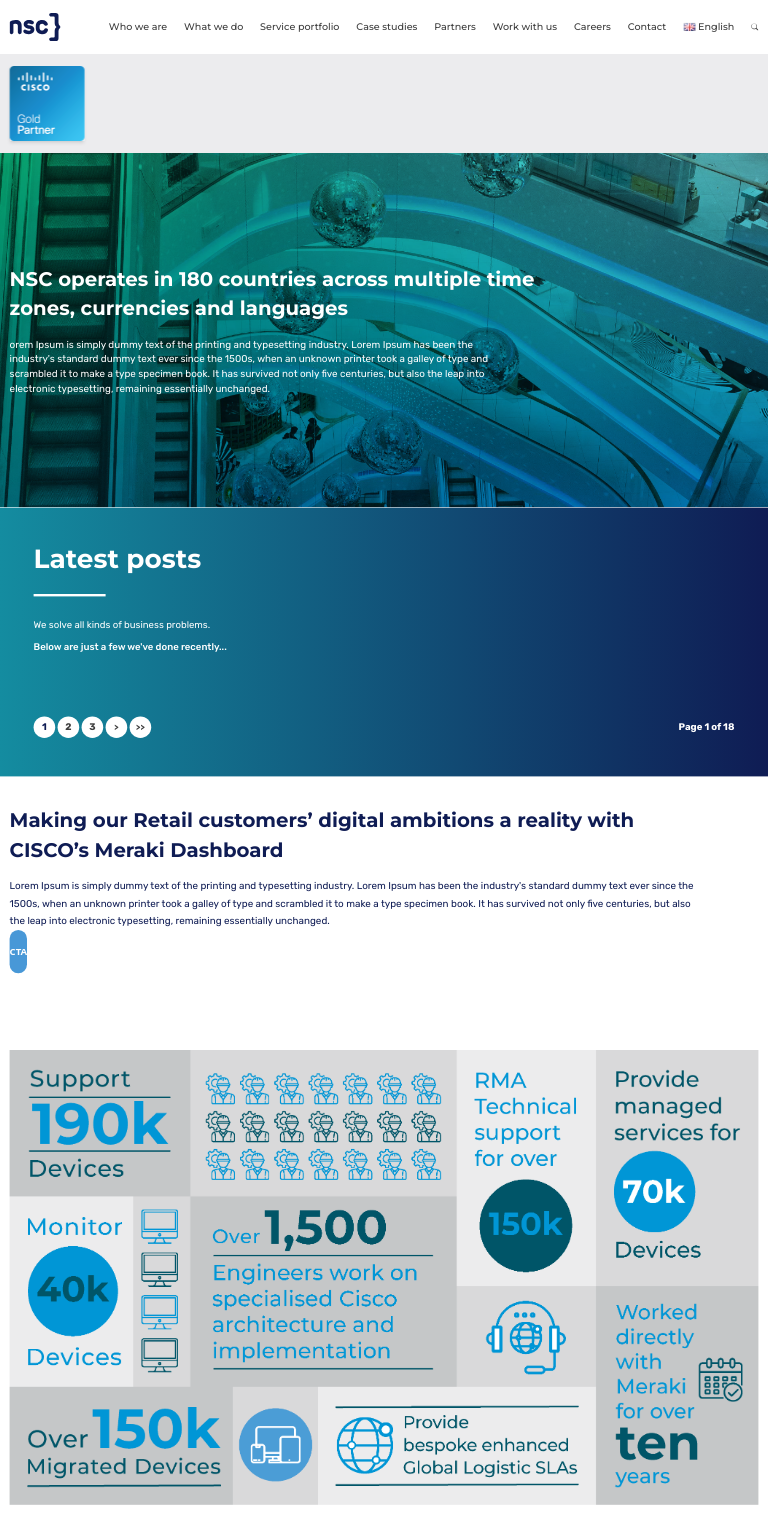
Repository: spaceship9999/ReactIsBack
Page: /
The author's editor kept a copy of each file at every save. The page is drawn from the files as they stood at one save, then again after the next save.
The browser window is 1280 px wide. The pictures show the whole page, at 60% of full size.
The page's requests for data from a server got no answer. The project was rebuilt for these pictures with package versions that can differ from the ones it lists, and the page was loaded fresh each time. The framework's server and built-in components were replaced by stand-ins that run in the browser. No one was signed in, and anything a server would have sent is missing. Also part of the build but not shown: next.config.js.

Above is the page before, as saved 2023-03-26 21:59:39.

### src/app/layout.tsx
import './globals.scss'

export const metadata = {
  title: 'Create Next App',
  description: 'Generated by create next app',
}

export default function RootLayout({
  children,
}: {
  children: React.ReactNode
}) {
  return (
    <html lang="en">
      <body>{children}</body>
    </html>
  )
}

### src/app/page.tsx
'use client'

import Link from "next/link";
import Header from "./Header";
import Award from "./Award";
import Banner from "./Banner";
import Posts from "./Posts";
import SingleColumnTextMedia from "./SingleColumnTextMedia";

export default function Home() {
  return (
    <main>
      <Header></Header>
      <Award/>
      <Banner
        heading="NSC operates in 180 countries across multiple time zones, currencies and languages"
        image="/img/Cisco_Banner.png" content="orem Ipsum is simply dummy text of the printing and typesetting industry. Lorem Ipsum has been the industry's standard dummy text ever since the 1500s, when an unknown printer took a galley of type and scrambled it to make a type specimen book. It has survived not only five centuries, but also the leap into electronic typesetting, remaining essentially unchanged." position={""}/>
      <Posts/>
      <SingleColumnTextMedia heading="Making our Retail customers&#8217; digital ambitions a reality with
        CISCO&#8217;s Meraki Dashboard"
        link={{link: '/', title: 'CTA'}}
        image="/img/NSC_Cisco_Infographic.png"
        content="Lorem Ipsum is simply dummy text of the printing and typesetting industry. Lorem Ipsum has been the industry's standard dummy text ever since the 1500s, when an unknown printer took a galley of type and scrambled it to make a type specimen book. It has survived not only five centuries, but also the leap into electronic typesetting, remaining essentially unchanged.">
      </SingleColumnTextMedia>
    </main>
  )
}

### src/app/globals.scss
@tailwind base;
@tailwind components;
@tailwind utilities;

@import "./scss/fonts";
@import "./scss/global";
@import "./scss/typography";

### src/app/Header.tsx
import Link from "next/link";

export default function Header() {
    return (
        <div className="container py-5">
            <div className="flex justify-between items-center">
                <Link href="/" >
                    <Logo className="w-[85px] h-[50px]" />
                </Link>
                <nav className="flex gap-7 font-montserrat font-medium text-grey">
                    <Link href="/who-we-are" >
                        Who we are
                    </Link>
                    <Link href="/what-we-do" >
                        What we do
                    </Link>
                    <Link href="/what-we-do" >
                        Service portfolio
                    </Link>
                    <Link href="/what-we-do" >
                        Case studies
                    </Link>
                    <Link href="/what-we-do" >
                        Partners
                    </Link>
                    <Link href="/what-we-do" >
                        Work with us
                    </Link>
                    <Link href="/what-we-do" >
                        Careers
                    </Link>
                    <Link href="/what-we-do" >
                        Contact
                    </Link>
                    <button className="flex items-center gap-x-1">
                        <img src="/img/gb-flag.png" className="w-full"/>
                        English
                    </button>
                    <button>
                        <Search/>
                    </button>
                </nav>
            </div>
        </div>
    )
}


const Logo = (props : { className: string}) => {
    const { className } = props;
    return (
        <svg className={className} xmlns="http://www.w3.org/2000/svg" viewBox="0 0 283.4 156" preserveAspectRatio="xMinYMid meet">
            <path id="nsc_global_logo" d="M67,107.8a10.074,10.074,0,0,1-10,9.9c-5.9.2-11.2-4.5-11.2-9.9V71.6c0-7.4-4.1-11.5-12.4-11.5-6.3,0-12.2.6-12.2,4.2v43.5c0,5.4-4.4,9.9-10.9,9.9-4.9,0-10.3-4.4-10.3-9.9V54.2c0-3.6,1-5.3,3.5-7C8,44,18.6,39.3,34,39.3c21.6,0,33,11.2,33,31.2Zm48.8-37.6L106,68c-6.4-1.4-7.3-3.2-7.3-5,0-3,3.1-4.7,8.6-4.7a31.5,31.5,0,0,1,10.9,2.5,19.538,19.538,0,0,0,7.6,2,8.7,8.7,0,0,0,6.7-3.1,10.468,10.468,0,0,0,2.5-7.6,9.067,9.067,0,0,0-3.5-6.6c-4.9-4-13.9-6.5-23.5-6.5-18,0-29.7,9.6-29.7,24.4,0,11.1,7.4,18.9,21.3,22.5,3.8,1,4.8,1.2,6.8,1.6.9.2,1.9.4,3.5.8,6.2,1.5,7.1,3.5,7.1,5.3,0,4.6-6.5,5.1-9.3,5.1a31.582,31.582,0,0,1-15.9-4.4,12.9,12.9,0,0,0-6.2-2A9.431,9.431,0,0,0,78,96.2c-3,3.9-2.1,10,1.9,13.3,4.6,3.8,13,8.3,27.4,8.3,18.2,0,30.4-10.2,30.4-25.4-.1-11.4-7.2-18.7-21.9-22.2Zm95.9,19.2c-2.2-2.9-6.3-4.2-10-4-4.7.2-7.3,1.7-9,4.9-2.7,4.7-6.5,7.3-12.2,7.3-7.8,0-12.9-4.9-13.7-12.9a95.4,95.4,0,0,1,0-13.1c.8-7.7,5.8-12.1,13.7-12.1a13.278,13.278,0,0,1,11.2,6.1c2.7,3.9,5.7,5.1,8.8,5.2,3.7.2,8-.7,10.6-3.9,1.4-1.7,1.7-4.3,1-7C209.8,51,199,39.2,179.9,39.2c-19,0-33.1,12.1-34.2,29.5a152.151,152.151,0,0,0,0,19.1c1.5,17.5,15.9,30.3,34.2,30.3,19.1,0,29.9-10.6,33-21.3.8-3.3.1-5.7-1.2-7.4Zm60,12.3c0-14.8,11.7-17.8,11.7-23.7s-11.7-8.9-11.7-23.7V15.9A15.939,15.939,0,0,0,255.8,0H231c-6.1,0-11,4-11,10,0,6.3,5.1,10.3,11.1,10.3h14.6a4.739,4.739,0,0,1,4.8,4.8V54.3c0,18.9,9.7,20.5,9.7,23.7s-9.7,4.9-9.7,23.7v29.2a4.739,4.739,0,0,1-4.8,4.8H231.1c-6,0-11.1,3.9-11.1,10.3,0,6,4.9,10,11.1,10h24.8a15.938,15.938,0,0,0,15.9-15.9V101.7Z" fill="#0f1c54"></path>
        </svg>
    )
}

const Search = () => {
    return (
        <svg xmlns="http://www.w3.org/2000/svg" className="w-3 h-3" fill="currentColor" viewBox="0 0 16 16">
            <path d="M11.742 10.344a6.5 6.5 0 1 0-1.397 1.398h-.001c.03.04.062.078.098.115l3.85 3.85a1 1 0 0 0 1.415-1.414l-3.85-3.85a1.007 1.007 0 0 0-.115-.1zM12 6.5a5.5 5.5 0 1 1-11 0 5.5 5.5 0 0 1 11 0z" />
        </svg>
    )
}

### src/app/Award.tsx
export default function Award() {
    return (
        <div className="bg-light-grey py-5">
            <div className="container">
                <img className="w-[125px] shadow-md" src="/img/cisco-partner-o.png"/>
            </div>
        </div>
    )
}

### src/app/Banner.tsx

interface BannerProps {
    heading: string;
    content: string;
    image: string;
    position: string;
}



export default function Banner({heading, content, image, position = "center"}: BannerProps) {
    return (
        <div className="py-20 md:py-24 lg:py-[185px] relative overflow-hidden">
            <img src={image}
             className={`absolute inset-0 w-full h-full object-cover ${position === 'center' ? 'object-center': 'object-start'}`}/>
             <div className="container">
                <div className="flex flex-col items-center relative z-10 text-white md:max-w-[910px] text-center md:text-left">
                    <h2 className="text-white font-montserrat t-36 font-bold mb-6">{heading}</h2>
                    <div className="font-rubik t-24 lg:pr-20">
                        { content }
                    </div>
                </div>
             </div>
        </div>
    )
}

### src/app/Posts.tsx
import usePosts from "./hooks/usePosts";

export default function Posts() {
    const posts = usePosts();
    return (
        <div className="bg-gradient-to-r from-[#148ca0] to-[#0f1c54] py-16">
            <div className="container">
                <div className="lg:px-10">
                    <h2 className="text-white t-48 font-montserrat font-bold pb-4 lg:pb-10 relative leading-none
                                after:absolute after:left-0 after:bottom-0 after:h-[4px] after:w-[120px] after:bg-white">
                        Latest posts
                    </h2>
                    <div className="mt-9 mb-12 font-rubik text-white">
                        <div className="mb-3">
                            We solve all kinds of business problems.
                        </div>
                        <div className="font-medium">
                            Below are just a few we&apos;ve done recently...
                        </div>
                    </div>
                    <div className="grid grid-cols-1 md:grid-cols-2 lg:grid-cols-3 gap-x-9 gap-y-8 xl:gap-x-[72px] xl:gap-y-[60px] ">
                        {
                            posts?.map((post) =>
                            (
                                <div key={post?.id} className="flex flex-col justify-between p-8 bg-white font-rubik">
                                    <div>
                                        <h3 className="t-18 text-dark-blue font-medium pb-4 relative leading-[1.33]
                                        after:absolute after:bottom-0 after:left-0 after:w-[80px] after:h-[2px] after:bg-light-green">{post?.title}</h3>
                                        <div className="pt-4 t-14 leading-[1.2] text-dark-blue mb-6">
                                            {post?.body}
                                        </div>
                                    </div>
                                    <div>
                                        <a className="inline-block bg-light-green text-white t-14 rounded-full px-5 py-[10px] font-semibold tracking-tight" href={`/post/${post?.id}`}>
                                            Read more <span className="font-normal ml-1">&gt;</span>
                                        </a>
                                    </div>
                                </div>
                            )
                            )
                        }
                    </div>
                    <div className="pt-14 flex flex-col lg:flex-row gap-y-4 font-rubik items-center justify-between">
                        <div className="flex gap-1">
                            <button className="rounded-full flex justify-center items-center bg-white text-dark-blue w-9 h-9 font-bold">1</button>
                            <button className="rounded-full flex justify-center items-center bg-white text-grey w-9 h-9 font-bold">2</button>
                            <button className="rounded-full flex justify-center items-center bg-white text-grey w-9 h-9 font-bold">3</button>
                            <button className="rounded-full flex justify-center items-center bg-white text-grey w-9 h-9 font-bold text-sm">&gt;</button>
                            <button className="rounded-full flex justify-center items-center bg-white text-grey w-9 h-9 font-bold text-sm">&gt;&gt;</button>
                        </div>
                        <div className="font-bold text-white">
                            Page 1 of 18
                        </div>
                    </div>

                </div>

            </div>
        </div>
    )
}

### src/app/SingleColumnTextMedia.tsx
interface button {
    link: string,
    title: string
}

interface TextMedia {
    heading: string,
    content: string,
    link: button,
    image: string
}

export default function SingleColumnTextMedia({ heading, content, link, image }: TextMedia) {
    return (
        <div className="container">
            <div className="py-12">
                <div className="xl:pr-24 text-dark-blue">
                    <h3 className=" font-montserrat t-36 font-bold mb-5">{heading}</h3>
                    <div className="font-rubik t-20 leading-[1.8]">{ content }</div>
                    {
                        link && (
                            <a className="inline-block py-6 px-18 text-white bg-light-blue font-bold rounded-full" href={link?.link}>{link.title}</a>
                        )
                    }
                </div>
                {
                    image && (
                        <div className="mt-32">
                            <img src={image} className="w-full" />
                        </div>
                    )
                }
            </div>
        </div>

    )
}

### src/app/scss/_fonts.scss
@font-face {
    font-family: 'Rubik';
    font-display: swap;
    font-style: italic;
    src: url(/fonts/Rubik-Italic-VariableFont_wght.ttf) format('truetype'),
}

@font-face {
    font-family: 'Rubik';
    font-display: swap;
    font-style: normal;
    src: url(/fonts/Rubik-VariableFont_wght.ttf) format('truetype'),
}

@font-face {
    font-family: 'Montserrat';
    font-display: swap;
    font-style: normal;
    src: url(/fonts/Montserrat-VariableFont_wght.ttf) format('truetype'),
}

@font-face {
    font-family: 'Montserrat';
    font-display: swap;
    font-style: italic;
    src: url(/fonts/Montserrat-Italic-VariableFont_wght.ttf) format('truetype'),
}

### src/app/scss/_global.scss
.container {
    width: 100%;
    max-width: 1408px;
    padding-left: 1rem;
    padding-right: 1rem;
}

### src/app/scss/_typography.scss
.t-48 {
    font-size: clamp(24px, 3.429vw, 48px);
}
.t-36 {
    font-size: clamp(24px, 2.571vw, 36px);
}

.t-24 {
    font-size: clamp(16px, 1.286vw, 24px);
}
.t-20 {
    font-size: clamp(16px, 1.286vw, 20px);
}
.t-18 {
    font-size: clamp(16px, 1.286vw, 18px);
}

.t-14 {
    font-size: clamp(14px, 1.286vw, 14px);
}

### src/app/hooks/usePosts.tsx
import { useEffect, useState } from "react";

interface Post {
    userId: number,
    id: number,
    title: string,
    body: string,
}


export default function usePosts(currentPage = 0, numPosts = 6) {
    const [ posts, setPosts ] = useState<Post[]>([]);
    useEffect(() => {
        async function fetchData() {
            const rsult = await fetch("https://jsonplaceholder.typicode.com/posts/")
            const posts = await rsult.json()
            setPosts(posts)
        }
        fetchData();
    }, [])

    //console.log(posts.slice(currentPage * numPosts, numPosts))
    return posts.slice(currentPage * numPosts, numPosts);
}

### tailwind.config.js
/** @type {import('tailwindcss').Config} */
/** @type {import('tailwindcss').Config} */
module.exports = {
  content: [
    "./app/**/*.{js,ts,jsx,tsx}",
    "./pages/**/*.{js,ts,jsx,tsx}",
    "./components/**/*.{js,ts,jsx,tsx}",

    // Or if using `src` directory:
    "./src/**/*.{js,ts,jsx,tsx}",
  ],
  theme: {
    extend: {
      fontFamily: {
        "montserrat": ["Montserrat", 'sans-serif'],
        "rubik": ["Rubik", 'sans-serif'],
      },
      container: {
        center: true,
      },
      colors: {
        "grey": "#3d3d3d",
        "light-grey": "#ECECEE",
        "dark-blue": "#0f1c54",
        "light-green": "#148ba0",
        "light-blue": "#4898d7",
      }
    },
  },
  plugins: [],
}

After the next save:
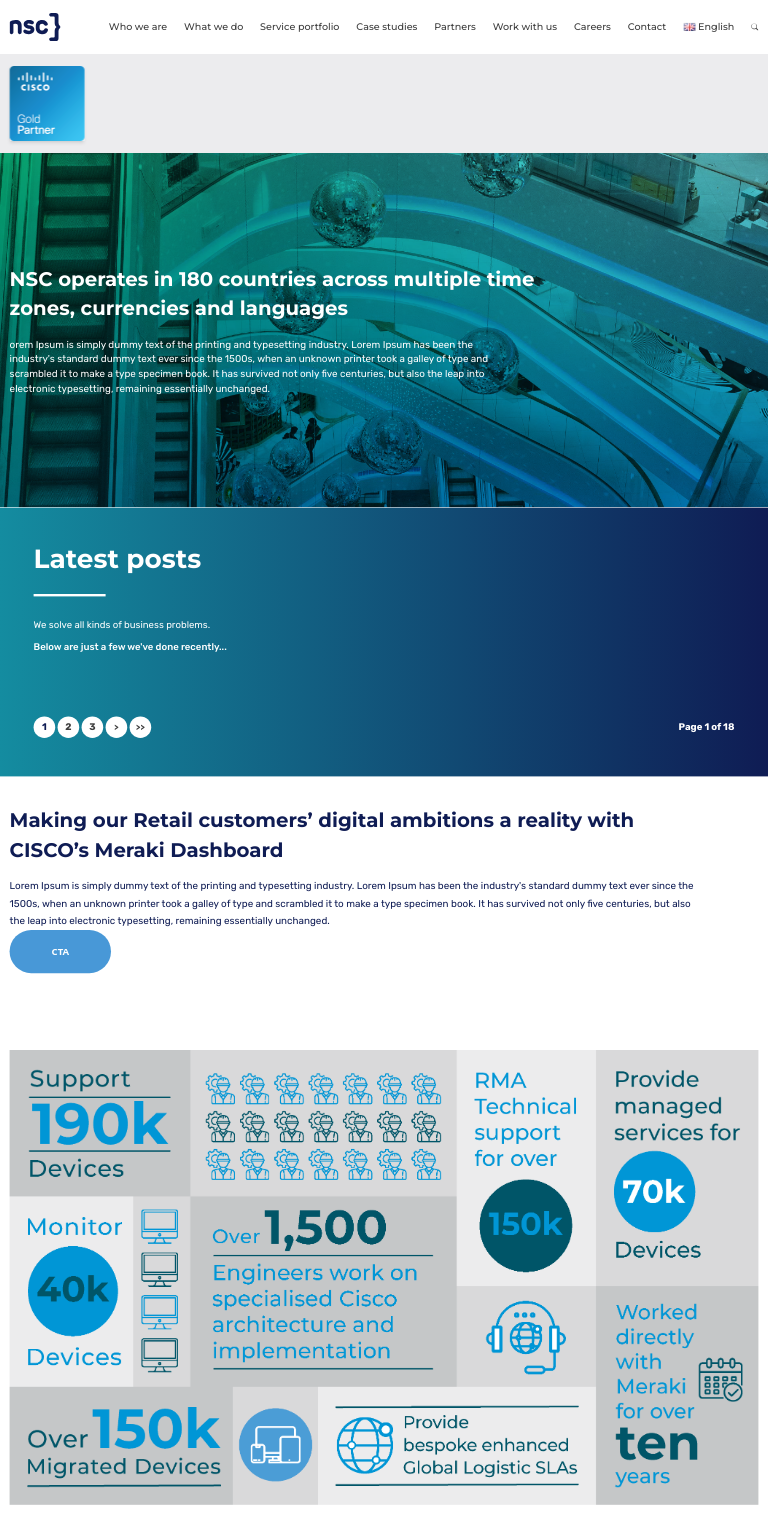
Saved 16 s later.
--- a/src/app/SingleColumnTextMedia.tsx
+++ b/src/app/SingleColumnTextMedia.tsx
@@ -19,7 +19,7 @@
                     <div className="font-rubik t-20 leading-[1.8]">{ content }</div>
                     {
                         link && (
-                            <a className="inline-block py-6 px-18 text-white bg-light-blue font-bold rounded-full" href={link?.link}>{link.title}</a>
+                            <a className="inline-block py-6 px-[70px] text-white bg-light-blue font-bold rounded-full" href={link?.link}>{link.title}</a>
                         )
                     }
                 </div>
